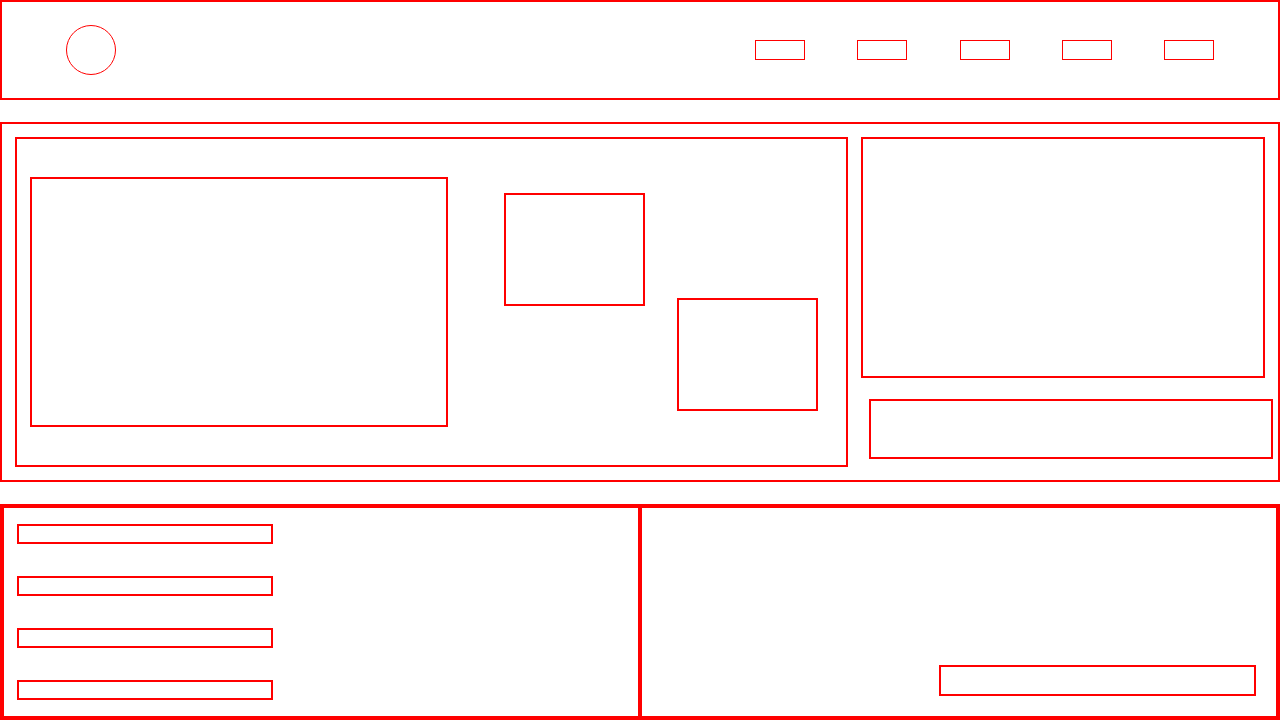
Repository: archangel88/elbrus_homework
Page: phase-0/week-3/day-4/flexbox/index.html
The author's editor kept a copy of each file at every save. The page is drawn from the files as they stood at one save, then again after the next save.
The browser window is 1280 px wide. The pictures show the whole page.

Above is the page before, as saved 2025-10-10 01:25:56.

### phase-0/week-3/day-4/flexbox/index.html
<!DOCTYPE html>
<html lang="en">
<head>
    <meta charset="UTF-8">
    <link rel="stylesheet" href="./css/styles.css">
    <title>Flexbox</title>
</head>
<body>
    <div class="flex-container">
        <header>
            <div class="header">
                <div class="logo"></div>
                <nav class="menu">
                    <div class="item1"></div>
                    <div class="item2"></div>
                    <div class="item3"></div>
                    <div class="item4"></div>
                    <div class="item5"></div>
                </nav>
            </div>
        </header>
        <main class="content">
            <div class="left block">
                <div class="block1 block"></div>
                <div class="block2 block"></div>
                <div class="block3 block"></div>
            </div>
            <div class="right">
                <div class="block1 block"></div>
                <div class="block2 block"></div>
            </div>
        </main>
        <footer class="footer">
            <div class="left block">
                <div class="block1 block"></div>
                <div class="block2 block"></div>
                <div class="block3 block"></div>
                <div class="block4 block"></div>
            </div>
            <div class="right block">
                <div class="block1 block"></div>
            </div>
        </footer>
    </div>
</body>
</html>

### phase-0/week-3/day-4/flexbox/css/styles.css
* {
    margin: 0;
    padding: 0;
    box-sizing: border-box;
}

.flex-container {
    width: 100vw;
    height: 100vh;

    display: flex;
    flex-direction: column;
    justify-content: space-between;
}

header {
    width: 100%;
    height: 100px;
    border: 2px solid rgb(255, 0, 0);

    display: flex;
    justify-content: center;
    align-items: center;
}

.header {
    display: flex;
    align-items: center;
    justify-content: space-between;

    width: 90%;
    height: 80%;
}

.logo {
    width: 50px;
    height: 50px;
    border-radius: 50%;
    border: 1px solid red;
}

.menu {
    display: flex;
    justify-content: space-between;
    width: 40%;
}

.menu > div {
    width: 50px;
    height: 20px;
    border: 1px solid rgb(255, 0, 0);
}

.content{
    display: flex;
    border: 2px solid rgb(255, 0, 0);
    height: 50vh;
}

.content .block{
    border: 2px solid red;
}

.content .left{
    width: 66.6%;
    display: flex;
    padding: 3% 1%;
    margin: 1%;
}

.content .right{
    width: 33.3%;
    display: flex;
    flex-direction: column;
    padding: 1% 1% 1% 0;
}

.content .left .block1{
    height: 100%;
    display: flex;
    width: 100%;
    margin-right: 5%;
}

.content .left .block2, .content .left .block3{
    height: 45%;
    width: 33.3%;
}

.content .left .block3{
    align-self: flex-end;
}

.content .right .block1{
    height: 80%;
    width: 100%;
}

.content .right .block2{
    height: 20%;
    width: 100%;
    margin-top: 5%;
}

.block{
    border: 2px solid rgb(255, 0, 0);
}

.footer{
    display: flex;
    border: 2px solid red;
    height: 30%;
}

.footer .block{
    /* border: 2px solid rgb(255, 0, 0); */
}

.footer .left{
    width: 50%;
    height: 100%;
    display: flex;
    flex-direction: column;
    justify-content: space-around;
}

.footer .right{
    width: 50%;
    height: 100%;
    display: flex;
    align-items: flex-end;
    justify-content: flex-end;
}

.footer .left .block1,.block2,.block3,.block4{
    height: 10%;
    width: 20vw;
    margin: 2%;
}

.footer .right .block{
    height: 15%;
    width: 50%;
    margin: 20px;
}

After the next save:
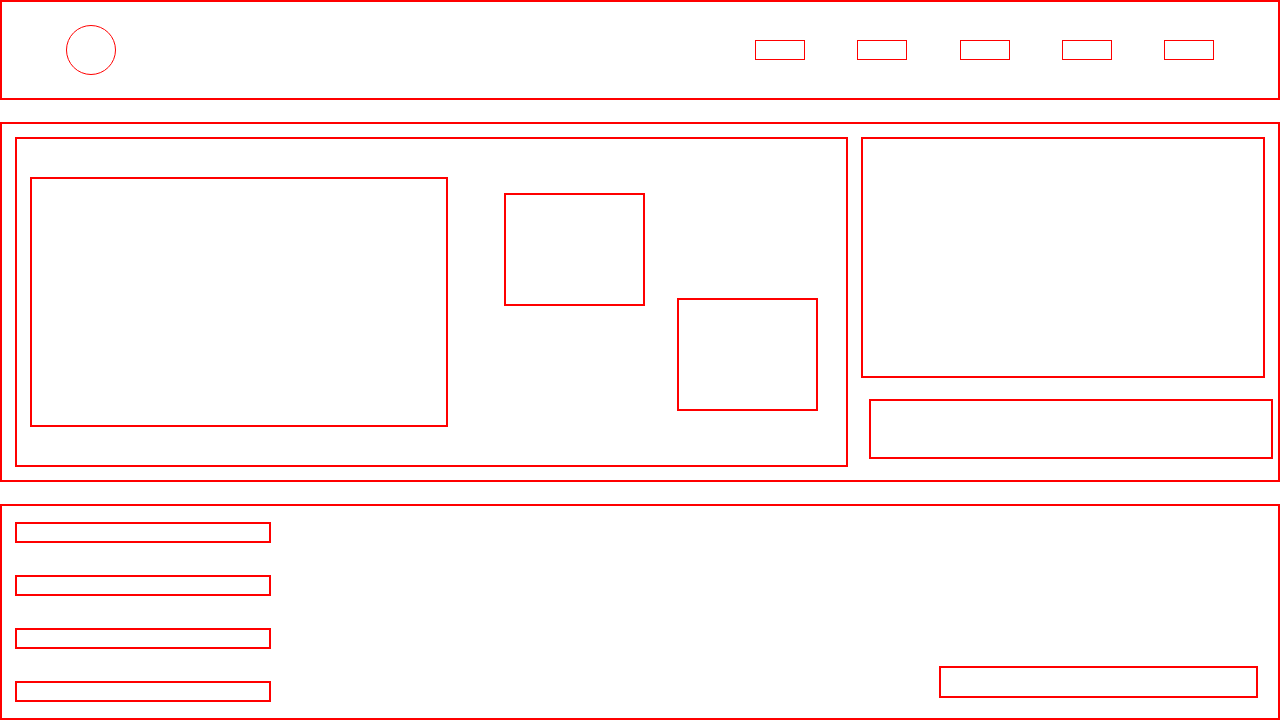
Saved 37 s later.
--- a/phase-0/week-3/day-4/flexbox/index.html
+++ b/phase-0/week-3/day-4/flexbox/index.html
@@ -31,13 +31,13 @@
             </div>
         </main>
         <footer class="footer">
-            <div class="left block">
+            <div class="left">
                 <div class="block1 block"></div>
                 <div class="block2 block"></div>
                 <div class="block3 block"></div>
                 <div class="block4 block"></div>
             </div>
-            <div class="right block">
+            <div class="right">
                 <div class="block1 block"></div>
             </div>
         </footer>
